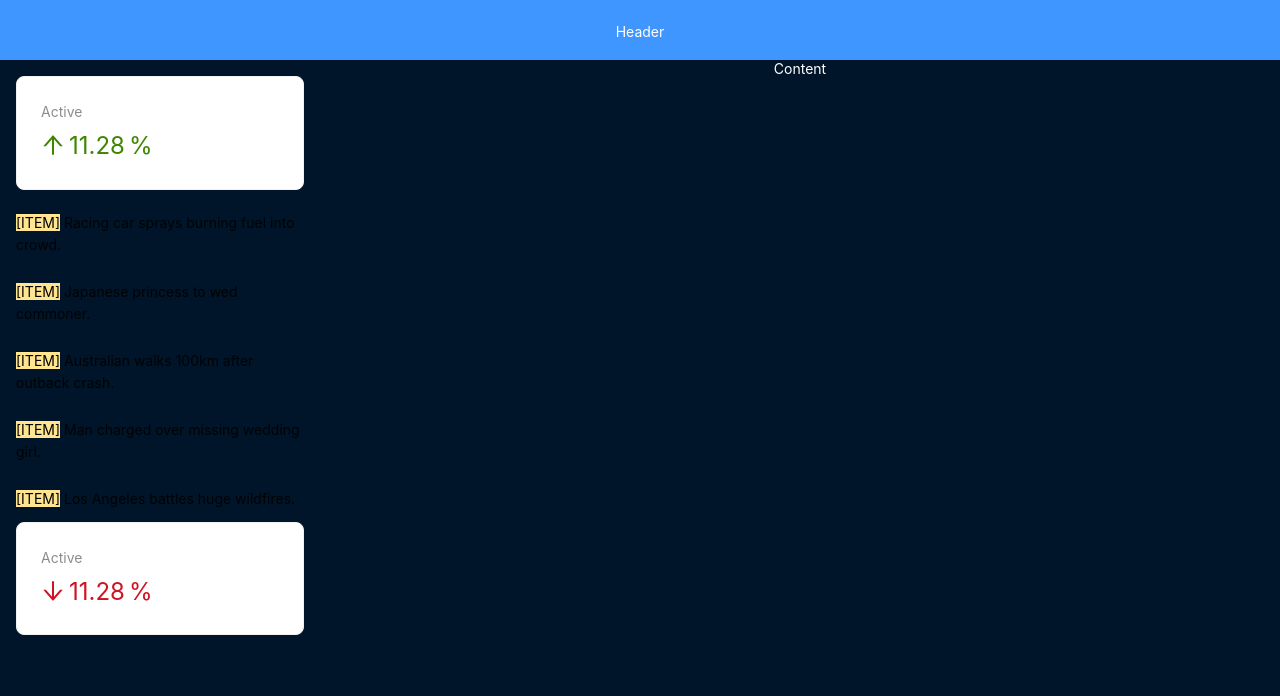
Repository: Vadia23/React-Crypto-App
Page: /
These files come from the project's save history. The page is drawn as it stood at one moment and after the next save; the edit follows.
The browser window is 1280 px wide. The pictures show the whole page.
The project was rebuilt for these pictures with package versions that can differ from the ones it lists, and the page was loaded fresh each time. Also part of the build but not shown: vite.config.js.

Above is the page before, as saved 2024-02-08 18:03:11.

### src/App.jsx
import { Layout } from "antd";
import AppHeader from "./components/layout/AppHeader";
import AppSider from "./components/layout/AppSider";
import AppContent from "./components/layout/AppConten";

export default function App() {
  return (
    <Layout>
      <AppHeader />
      <Layout>
        <AppSider />
        <AppContent />
      </Layout>
    </Layout>
  );
}

### src/components/layout/AppHeader.jsx
import { Layout } from "antd";

const headerStyle = {
  textAlign: "center",
  color: "#fff",
  height: 60,
  paddingInline: 48,
  lineHeight: "64px",
  backgroundColor: "#4096ff",
};

export default function AppHeader() {
  return <Layout.Header style={headerStyle}>Header</Layout.Header>;
}

### src/components/layout/AppSider.jsx
import { Card, Layout, List, Statistic, Typography } from "antd";
import { ArrowDownOutlined, ArrowUpOutlined } from "@ant-design/icons";

const siderStyle = {
  padding: "1rem",
};

const data = [
  "Racing car sprays burning fuel into crowd.",
  "Japanese princess to wed commoner.",
  "Australian walks 100km after outback crash.",
  "Man charged over missing wedding girl.",
  "Los Angeles battles huge wildfires.",
];

export default function AppSider() {
  return (
    <Layout.Sider width="25%" style={siderStyle}>
      <Card style={{ marginBottom: "10px" }}>
        <Statistic
          title="Active"
          value={11.28}
          precision={2}
          valueStyle={{ color: "#3f8600" }}
          prefix={<ArrowUpOutlined />}
          suffix="%"
        />
      </Card>
      <List
        dataSource={data}
        renderItem={(item) => (
          <List.Item>
            <Typography.Text mark>[ITEM]</Typography.Text> {item}
          </List.Item>
        )}
      />
      <Card>
        <Statistic
          title="Active"
          value={11.28}
          precision={2}
          valueStyle={{ color: "#cf1322" }}
          prefix={<ArrowDownOutlined />}
          suffix="%"
        />
      </Card>
    </Layout.Sider>
  );
}

### src/components/layout/AppConten.jsx
import { Layout } from "antd";

const contentStyle = {
  textAlign: "center",
  minHeight: "calc(100vh - 60px)",
  color: "#fff",
  backgroundColor: "#001529",
};

export default function AppContent() {
  return <Layout.Content style={contentStyle}>Content</Layout.Content>;
}

Loaded but not shown: index.html (common file); src/main.jsx (common file); src/index.css (common file)

After the next save:
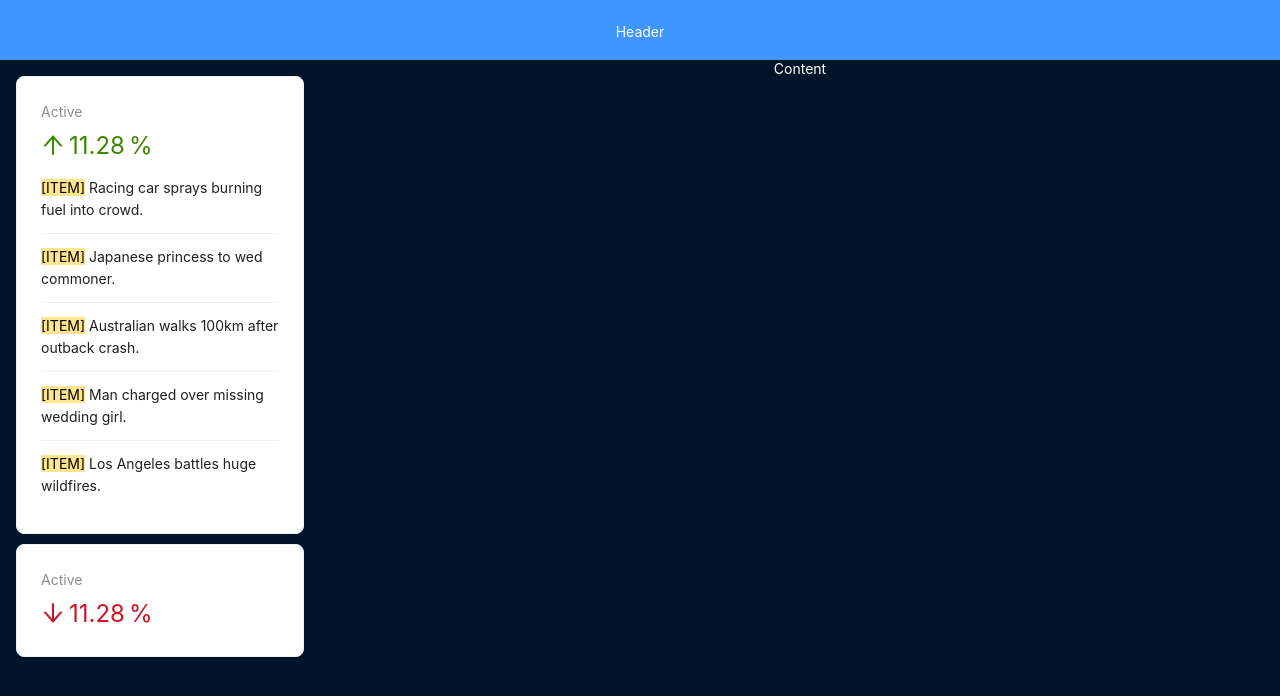
Saved 38 s later.
--- a/src/components/layout/AppSider.jsx
+++ b/src/components/layout/AppSider.jsx
@@ -25,15 +25,15 @@
           prefix={<ArrowUpOutlined />}
           suffix="%"
         />
+        <List
+          dataSource={data}
+          renderItem={(item) => (
+            <List.Item>
+              <Typography.Text mark>[ITEM]</Typography.Text> {item}
+            </List.Item>
+          )}
+        />
       </Card>
-      <List
-        dataSource={data}
-        renderItem={(item) => (
-          <List.Item>
-            <Typography.Text mark>[ITEM]</Typography.Text> {item}
-          </List.Item>
-        )}
-      />
       <Card>
         <Statistic
           title="Active"
